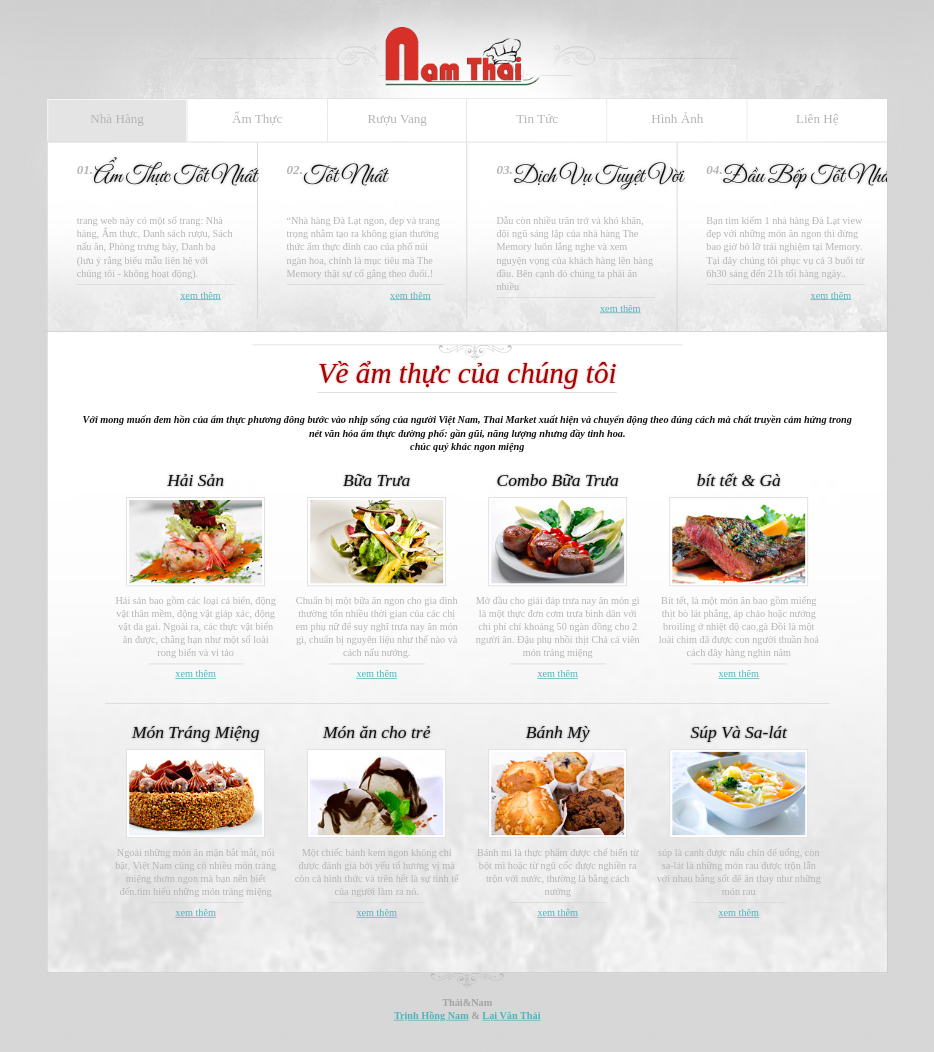
Repository: thaiLVT/DoAnThucTapNamThai
Page: cuisine.html
An editor plug-in stored every save of this project. The page is shown before and after the next save, followed by the edit.
The browser window is 1280 px wide. The pictures show the whole page, at 73% of full size.

Above is the page before, as saved 2022-05-04 01:00:01.

### cuisine.html
<!DOCTYPE html>
<html lang="en">

<head>
    <title>Cuisine</title>
    <meta charset="utf-8">
    <meta name="viewport" content="width=device-width, initial-scale=1, maximum-scale=1">
    <link rel="stylesheet" type="text/css" media="screen" href="css/reset.css">
    <link rel="stylesheet" type="text/css" media="screen" href="css/style.css">
    <link rel="stylesheet" href="css/zerogrid.css" type="text/css" media="all">
    <link rel="stylesheet" href="css/responsive.css" type="text/css" media="all">
    <link href='http://fonts.googleapis.com/css?family=Great+Vibes' rel='stylesheet' type='text/css'>
    <script type="text/javascript" src="https://ajax.googleapis.com/ajax/libs/jquery/3.6.0/jquery.min.js"></script>
    <script src="js/main.js"></script>
    <script src="js/slider.js"></script>
</head>

<body>
    <div class="bg-top">
        <div class="bgr">
            <!--==============================header=================================-->
            <header>
                <div class="zerogrid">
                    <h1>
                        <a style="width: 14rem;" href="index.html"><img src="images/logo.png" alt=""></a>
                    </h1>
                    <nav>
                        <ul class="menu">
                            <li class="current"><a href="index.html">nhà hàng</a></li>
                            <li><a href="cuisine.html">ẩm thực</a></li>
                            <li><a href="wine_list.html">rượu vang</a></li>
                            <li><a href="cookbook.html">tin tức</a></li>
                            <li><a href="gallery.html">hình ảnh</a></li>
                            <li><a href="contacts.html">liên hệ</a></li>
                        </ul>
                        <div class="clear"></div>
                    </nav>
                </div>
            </header>
            <!--==============================content================================-->
            <section id="content">
                <div class="zerogrid">
                    <div class="block-1">
                        <div class="col-1-4">
                            <div class="pad border-right">
                                <div class="block-1-title">
                                    <span>01.</span>
                                    <div class="text-1">ẩm thực tốt nhất</div>
                                    <strong class="clear"></strong>
                                </div>
                                <p class="border-1">trang web này có một số trang: Nhà hàng, Ẩm thực, Danh sách rượu, Sách nấu ăn, Phòng trưng bày, Danh bạ (lưu ý rằng biểu mẫu liên hệ với chúng tôi - không hoạt động).</p>
                                <a href="#" class="link-1">xem thêm</a>
                            </div>
                        </div>
                        <div class="col-1-4">
                            <div class="pad border-right">
                                <div class="block-1-title">
                                    <span>02.</span>
                                    <div class="text-1">tốt nhất</div>
                                    <strong class="clear"></strong>
                                </div>
                                <p class="border-1">“Nhà hàng Đà Lạt ngon, đẹp và trang trọng nhằm tạo ra không gian thưởng thức ẩm thực đỉnh cao của phố núi ngàn hoa, chính là mục tiêu mà The Memory thật sự cố gắng theo đuổi.!</p>
                                <a href="#" class="link-1">xem thêm</a>
                            </div>
                        </div>
                        <div class="col-1-4">
                            <div class="pad border-right">
                                <div class="block-1-title">
                                    <span>03.</span>
                                    <div class="text-1">dịch vụ tuyệt vời </div>
                                    <strong class="clear"></strong>
                                </div>
                                <p class="border-1"> Dẫu còn nhiều trăn trở và khó khăn, đội ngũ sáng lập của nhà hàng The Memory luôn lắng nghe và xem nguyện vọng của khách hàng lên hàng đầu. Bên cạnh đó chúng ta phải ăn nhiều</p>
                                <a href="#" class="link-1">xem thêm</a>
                            </div>
                        </div>
                        <div class="col-1-4">
                            <div class="pad">
                                <div class="block-1-title">
                                    <span>04.</span>
                                    <div class="text-1">đầu bếp tốt nhất</div>
                                    <strong class="clear"></strong>
                                </div>
                                <p class="border-1">Bạn tìm kiếm 1 nhà hàng Đà Lạt view đẹp với những món ăn ngon thì đừng bao giờ bỏ lỡ trải nghiệm tại Memory. Tại đây chúng tôi phục vụ cả 3 buổi từ 6h30 sáng đến 21h tối hàng ngày..</p>
                                <a href="#" class="link-1">xem thêm</a>
                            </div>
                        </div>
                    </div>
                    <div class="block-2 pad-2">
                        <div class="block-4 col-3">
                            <div class="h2">
                                <h2 class="h2-line-2">Về ẩm thực của chúng tôi</h2>
                            </div>
                            <p class="center"><span class="clr-1 it-bold">Với mong muốn đem hồn của ẩm thực phương đông bước vào nhịp sống của người Việt Nam, Thai Market xuất hiện và chuyển động theo đúng cách mà chất truyền cảm hứng trong nét văn hóa ẩm thực đường phố: gần gũi, năng lượng nhưng đầy tinh hoa.<br> chúc quý khác ngon miệng </span><br>
                            </p>
                            <div class="box-4 border-3">
                                <div class="col-1-4">
                                    <div class="wrap-col">
                                        <h4>Hải Sản</h4>
                                        <div class="img-border"><img src="images/page2-img1.jpg" alt=""></div>
                                        <p class="border-2">Hải sản bao gồm các loại cá biển, động vật thân mềm, động vật giáp xác, động vật da gai. Ngoài ra, các thực vật biển ăn được, chẳng hạn như một số loài rong biển và vi tảo</p>
                                        <a href="#" class="link">xem thêm</a>
                                    </div>
                                </div>
                                <div class="col-1-4">
                                    <div class="wrap-col">
                                        <h4>Bữa Trưa</h4>
                                        <div class="img-border"><img src="images/page2-img2.jpg" alt=""></div>
                                        <p class="border-2">Chuẩn bị một bữa ăn ngon cho gia đình thường tốn nhiều thời gian của các chị em phụ nữ để suy nghĩ trưa nay ăn món gì, chuẩn bị nguyên liệu như thế nào và cách nấu nướng. </p>
                                        <a href="#" class="link">xem thêm</a>
                                    </div>
                                </div>
                                <div class="col-1-4">
                                    <div class="wrap-col">
                                        <h4>Combo Bữa Trưa</h4>
                                        <div class="img-border"><img src="images/page2-img3.jpg" alt=""></div>
                                        <p class="border-2">Mở đầu cho giải đáp trưa nay ăn món gì là một thực đơn cơm trưa bình dân với chi phí chỉ khoảng 50 ngàn đồng cho 2 người ăn. Đậu phụ nhồi thịt Chả cá viên món tráng miệng</p>
                                        <a href="#" class="link">xem thêm</a>
                                    </div>
                                </div>
                                <div class="col-1-4">
                                    <div class="wrap-col">
                                        <h4>bít tết &amp; Gà</h4>
                                        <div class="img-border"><img src="images/page2-img4.jpg" alt=""></div>
                                        <p class="border-2">Bít tết, là một món ăn bao gồm miếng thịt bò lát phẳng, áp chảo hoặc nướng broiling ở nhiệt độ cao,gà Đồi là một loài chim đã được con người thuần hoá cách đây hàng nghìn năm</p>
                                        <a href="#" class="link">xem thêm</a>
                                    </div>
                                </div>
                            </div>
                            <div class="box-4">
                                <div class="col-1-4">
                                    <div class="wrap-col">
                                        <h4>Món Tráng Miệng</h4>
                                        <div class="img-border"><img src="images/page2-img5.jpg" alt=""></div>
                                        <p class="border-2">Ngoài những món ăn mặn bắt mắt, nổi bật, Việt Nam cũng có nhiều món tráng miệng thơm ngon mà bạn nên biết đến.tìm hiểu những món tráng miệng </p>
                                        <a href="#" class="link">xem thêm</a>
                                    </div>
                                </div>
                                <div class="col-1-4">
                                    <div class="wrap-col">
                                        <h4>Món ăn cho trẻ </h4>
                                        <div class="img-border"><img src="images/page2-img6.jpg" alt=""></div>
                                        <p class="border-2">Một chiếc bánh kem ngon không chỉ được đánh giá bởi yếu tố hương vị mà còn cả hình thức và trên hết là sự tinh tế của người làm ra nó. </p>
                                        <a href="#" class="link">xem thêm</a>
                                    </div>
                                </div>
                                <div class="col-1-4">
                                    <div class="wrap-col">
                                        <h4>Bánh Mỳ</h4>
                                        <div class="img-border"><img src="images/page2-img7.jpg" alt=""></div>
                                        <p class="border-2">Bánh mì là thực phẩm được chế biến từ bột mì hoặc từ ngũ cốc được nghiền ra trộn với nước, thường là bằng cách nướng</p>
                                        <a href="#" class="link">xem thêm</a>
                                    </div>
                                </div>
                                <div class="col-1-4">
                                    <div class="wrap-col">
                                        <h4>Súp Và Sa-lát</h4>
                                        <div class="img-border"><img src="images/page2-img8.jpg" alt=""></div>
                                        <p class="border-2">súp là canh được nấu chín để uống, còn sa-lát là những món rau được trộn lẫn với nhau bằng sốt để ăn thay như những món rau </p>
                                        <a href="#" class="link">xem thêm</a>
                                    </div>
                                </div>
                            </div>
                        </div>
                    </div>
                </div>
            </section>

            <!--==============================footer=================================-->
            <footer>
                <div class="zerogrid">
                    <p>Thái&Nam<br>
                        <a rel="nofollow" href="https://www.facebook.com/hongnam.trinh.56" target="_blank" class="link">Trịnh Hồng Nam</a> & <a rel="nofollow" href="https://www.facebook.com/laivanthai.1611" class="link">Lại Văn Thái</a></p>
                </div>
            </footer>
        </div>
    </div>
</body>

</html>

### css/zerogrid.css
/*
Zerotheme.com | Free Html5 Responsive Templates
Zerogrid - A Single Grid System for Responsive Design
Author: Kimmy
Version : 2.1
Author URI: https://www.zerotheme.com/
*/


/* -------------------------------------------- */


/* ------------------Grid System--------------- */

.zerogrid {
    width: 90vw;
    position: relative;
    margin: 0 auto;
    padding: 0px;
}

.zerogrid:after {
    content: "\0020";
    display: block;
    height: 0;
    clear: both;
    visibility: hidden;
}

.zerogrid .row {}

.zerogrid .row:before,
.row:after {
    content: '\0020';
    display: block;
    overflow: hidden;
    visibility: hidden;
    width: 0;
    height: 0;
}

.zerogrid .row:after {
    clear: both;
}

.zerogrid .row {
    zoom: 1;
}

.zerogrid .wrap-col {
    margin: 10px;
}

.zerogrid .col-1-2,
.zerogrid .col-1-3,
.zerogrid .col-2-3,
.zerogrid .col-1-4,
.zerogrid .col-2-4,
.zerogrid .col-3-4,
.zerogrid .col-1-5,
.zerogrid .col-2-5,
.zerogrid .col-3-5,
.zerogrid .col-4-5,
.zerogrid .col-1-6,
.zerogrid .col-2-6,
.zerogrid .col-3-6,
.zerogrid .col-4-6,
.zerogrid .col-5-6 {
    float: left;
    display: inline-block;
}

.zerogrid .col-full {
    width: 100%;
}

.zerogrid .col-1-2 {
    width: 50%;
}

.zerogrid .col-1-3 {
    width: 33.33%;
}

.zerogrid .col-2-3 {
    width: 66.66%;
}

.zerogrid .col-1-4 {
    width: 25%;
}

.zerogrid .col-2-4 {
    width: 50%;
}

.zerogrid .col-3-4 {
    width: 75%;
}

.zerogrid .col-1-5 {
    width: 20%;
}

.zerogrid .col-2-5 {
    width: 40%;
}

.zerogrid .col-3-5 {
    width: 60%;
}

.zerogrid .col-4-5 {
    width: 80%;
}

.zerogrid .col-1-6 {
    width: 16.66%;
}

.zerogrid .col-2-6 {
    width: 33.33%;
}

.zerogrid .col-3-6 {
    width: 50%;
}

.zerogrid .col-4-6 {
    width: 66.66%;
}

.zerogrid .col-5-6 {
    width: 83.33%;
}

@media only screen and (min-width: 768px) and (max-width: 949px) {
    .zerogrid {
        width: 90vw;
    }
    .text-1 {
        font-size: 1.2rem !important;
    }
}

@media only screen and (max-width: 767px) {
    .zerogrid {
        width: 100%;
    }
    .text-1 {
        font-size: 1.2rem !important;
    }
}

@media only screen and (min-width: 620px) and (max-width: 767px) {
    .zerogrid {
        width: 100%;
    }
    .text-1 {
        font-size: 1.2rem !important;
    }
}

@media only screen and (max-width: 619px) {
    .zerogrid,
    .zerogrid .col-1-2,
    .zerogrid .col-1-3,
    .zerogrid .col-2-3,
    .zerogrid .col-1-4,
    .zerogrid .col-2-4,
    .zerogrid .col-3-4,
    .zerogrid .col-1-5,
    .zerogrid .col-2-5,
    .zerogrid .col-3-5,
    .zerogrid .col-4-5,
    .zerogrid .col-1-6,
    .zerogrid .col-2-6,
    .zerogrid .col-3-6,
    .zerogrid .col-4-6,
    .zerogrid .col-5-6 {
        width: 100%;
    }
}

### css/responsive.css
html {
    -webkit-text-size-adjust: none;
}

.video embed,
.video object,
.video iframe {
    width: 100%;
    height: auto;
}

img {
    max-width: 100%;
    height: auto;
    width: auto\9;
    /* ie8 */
}


/*------------------------*/

@media only screen and (max-width: 949px) {
    header {
        text-align: center;
    }
    h1 {
        background: none;
        margin-left: 0;
        padding-left: 0;
        width: auto;
    }
    ul.menu li:first-child a {
        width: 124px !important;
    }
    ul.menu li a {
        width: 125px;
        font-size: 18px;
        line-height: 24px;
        padding: 14px 0 19px 0;
    }
    .box-4 h4 {
        font-size: 16px;
        line-height: 28px;
    }
    #form {
        width: 210px;
    }
    #form input {
        width: 118px;
    }
    #form textarea {
        width: 128px;
    }
    .btns {
        width: 210px;
    }
}

@media only screen and (max-width: 767px) {
    nav {
        border: none;
    }
    ul.menu li {
        border: #d3d3d3 1px solid;
        border-left: none;
    }
    .box-4 h4 {
        font-size: 24px;
        line-height: 38px;
    }
}

@media only screen and (max-width: 600px) {
    #form {
        width: 310px;
    }
    #form input {
        width: 218px;
    }
    #form textarea {
        width: 228px;
    }
    .btns {
        width: 310px;
    }
}

@media only screen and (max-width: 420px) {
    #form {
        width: 210px;
    }
    #form input {
        width: 118px;
    }
    #form textarea {
        width: 128px;
    }
    .btns {
        width: 210px;
    }
}

Loaded but not shown: css/reset.css (common file); js/slider.js (66 lines, source omitted); js/main.js (4 lines, source omitted); css/style.css (878 lines, source omitted)

After the next save:
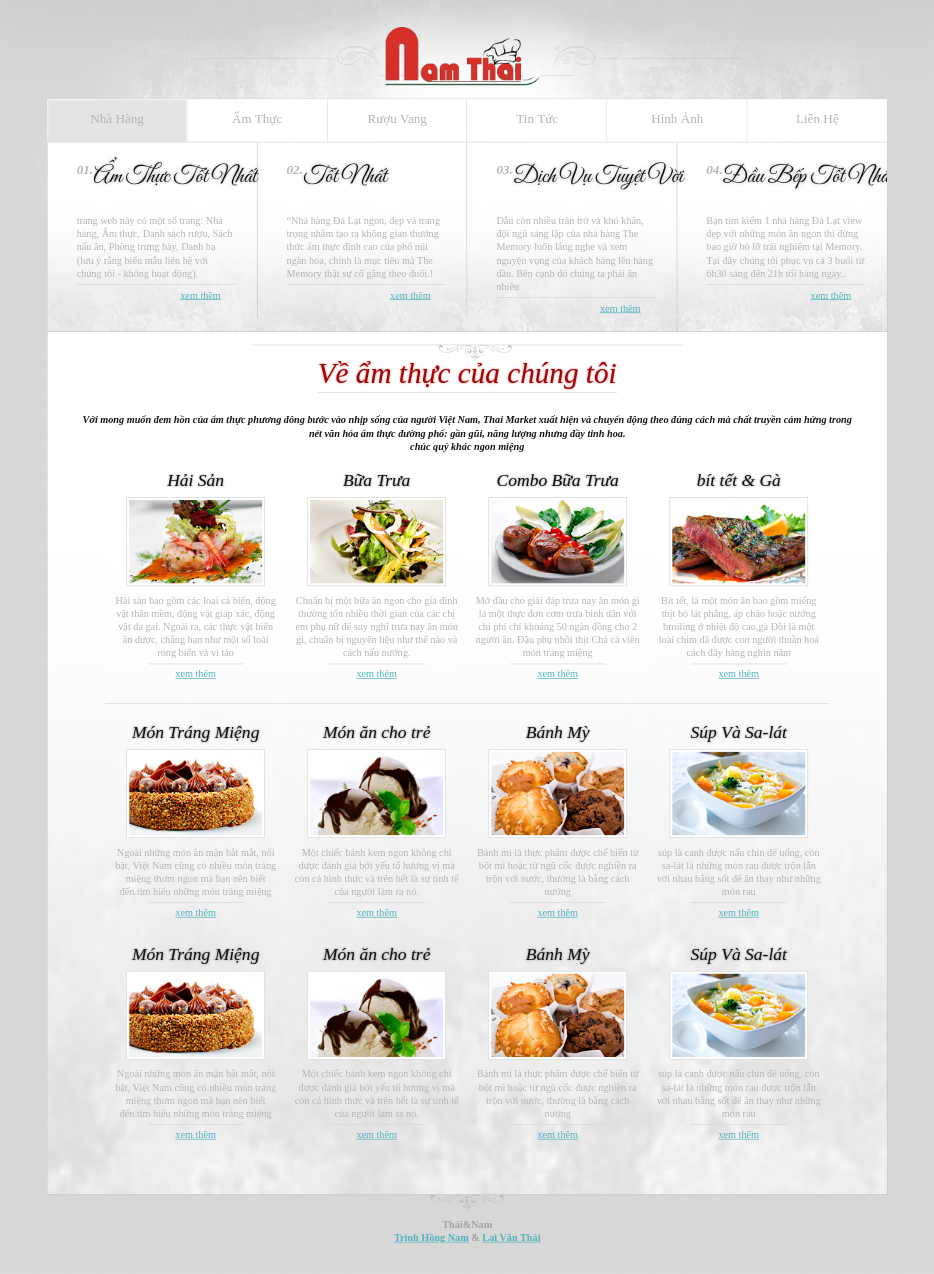
Saved 70 s later.
--- a/cuisine.html
+++ b/cuisine.html
@@ -161,6 +161,40 @@
                                     </div>
                                 </div>
                             </div>
+                            <div class="box-4">
+                                <div class="col-1-4">
+                                    <div class="wrap-col">
+                                        <h4>Món Tráng Miệng</h4>
+                                        <div class="img-border"><img src="images/page2-img5.jpg" alt=""></div>
+                                        <p class="border-2">Ngoài những món ăn mặn bắt mắt, nổi bật, Việt Nam cũng có nhiều món tráng miệng thơm ngon mà bạn nên biết đến.tìm hiểu những món tráng miệng </p>
+                                        <a href="#" class="link">xem thêm</a>
+                                    </div>
+                                </div>
+                                <div class="col-1-4">
+                                    <div class="wrap-col">
+                                        <h4>Món ăn cho trẻ </h4>
+                                        <div class="img-border"><img src="images/page2-img6.jpg" alt=""></div>
+                                        <p class="border-2">Một chiếc bánh kem ngon không chỉ được đánh giá bởi yếu tố hương vị mà còn cả hình thức và trên hết là sự tinh tế của người làm ra nó. </p>
+                                        <a href="#" class="link">xem thêm</a>
+                                    </div>
+                                </div>
+                                <div class="col-1-4">
+                                    <div class="wrap-col">
+                                        <h4>Bánh Mỳ</h4>
+                                        <div class="img-border"><img src="images/page2-img7.jpg" alt=""></div>
+                                        <p class="border-2">Bánh mì là thực phẩm được chế biến từ bột mì hoặc từ ngũ cốc được nghiền ra trộn với nước, thường là bằng cách nướng</p>
+                                        <a href="#" class="link">xem thêm</a>
+                                    </div>
+                                </div>
+                                <div class="col-1-4">
+                                    <div class="wrap-col">
+                                        <h4>Súp Và Sa-lát</h4>
+                                        <div class="img-border"><img src="images/page2-img8.jpg" alt=""></div>
+                                        <p class="border-2">súp là canh được nấu chín để uống, còn sa-lát là những món rau được trộn lẫn với nhau bằng sốt để ăn thay như những món rau </p>
+                                        <a href="#" class="link">xem thêm</a>
+                                    </div>
+                                </div>
+                            </div>
                         </div>
                     </div>
                 </div>
